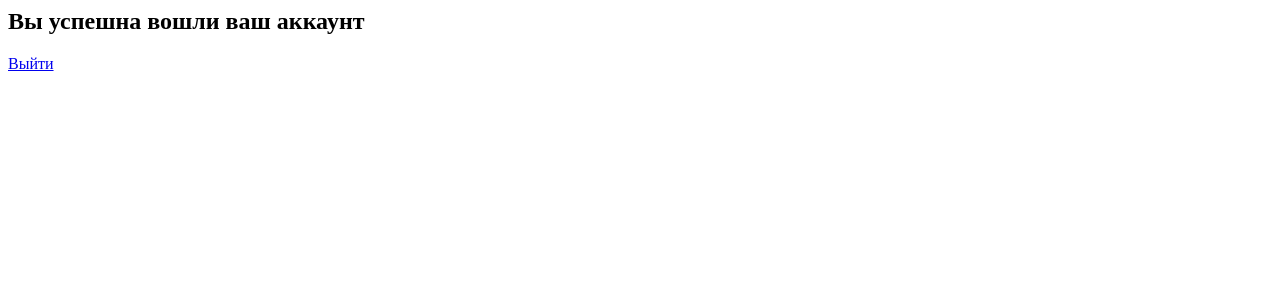
Repository: saberzhan19/diving
Page: http://localhost/login.php
The author's editor kept a copy of each file at every save. The page is drawn from the files as they stood at one save, then again after a run of saves.
The browser window is 1280 px wide. The pictures show the whole page.
The page is run by PHP 8.4 with error messages shown; the project is at /var/www/html/.

Above is the page before, as saved 2022-01-23 05:54:35.

### login.php
<h2>Вы успешна вошли ваш аккаунт</h2>
<a class="btn btn-primary mt-3" href="page_login.php" type="submit" >Выйти</a>

After the next 3 saves:
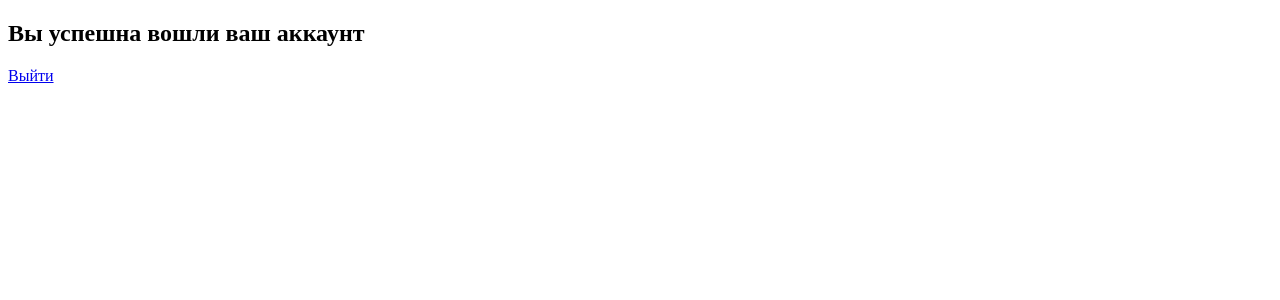
The 3 saves are shown as one change because they came seconds apart.
The last was saved 41 s later.
--- a/login.php
+++ b/login.php
@@ -1,2 +1,15 @@
+<!DOCTYPE html>
+<html lang="en">
+<head>
+    <meta charset="UTF-8">
+    <meta http-equiv="X-UA-Compatible" content="IE=edge">
+    <meta name="viewport" content="width=device-width, initial-scale=1.0">
+    <title>Document</title>
+</head>
+<body>
+
+</body>
+</html>
+
 <h2>Вы успешна вошли ваш аккаунт</h2>
 <a class="btn btn-primary mt-3" href="page_login.php" type="submit" >Выйти</a>
